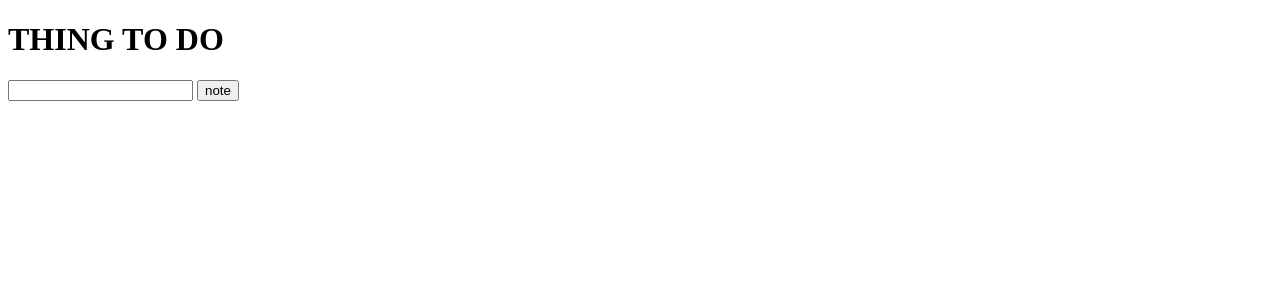
Repository: Wanaratkhamla/LabJavaWeb
Page: http://localhost/activityTest/result.jsp
The author's editor kept a copy of each file at every save. The page is drawn from the files as they stood at one save, then again after the next save.
The browser window is 1280 px wide. The pictures show the whole page.
The page is served by Tomcat 9. Queries for data that is not in the repository find no rows.

Above is the page before, as saved 2017-02-24 10:42:02.

After the next save:
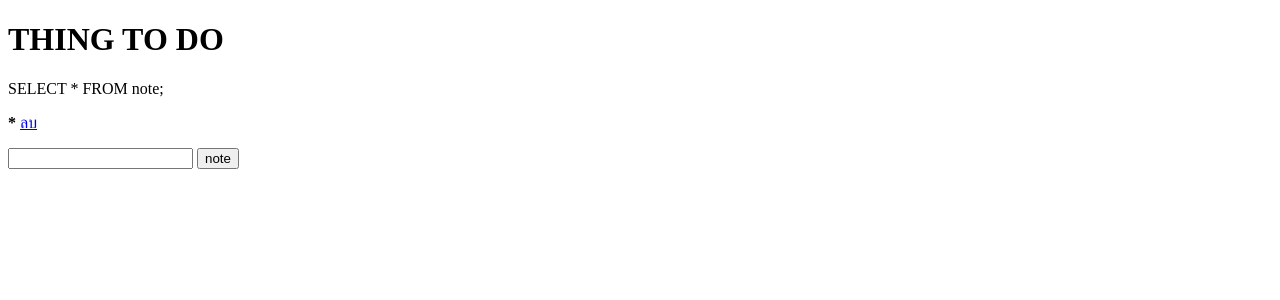
Saved 67 s later.
--- a/activityTest/WebContent/result.jsp
+++ b/activityTest/WebContent/result.jsp
@@ -1,8 +1,7 @@
 <%@ page contentType="text/html; charset=utf-8" pageEncoding="utf-8"%>
 <%@ page import="java.io.*,java.util.*,java.sql.*"%>
 <%@ page import="javax.servlet.http.*,javax.servlet.*"%>
-<%@ taglib uri="http://java.sun.com/jsp/jstl/core" prefix="c"%>
-<%@ taglib uri="http://java.sun.com/jsp/jstl/sql" prefix="sql"%>
+
 <!DOCTYPE html PUBLIC "-//W3C//DTD HTML 4.01 Transitional//EN" "http://www.w3.org/TR/html4/loose.dtd">
 <html>
 <head>

After the save that followed:
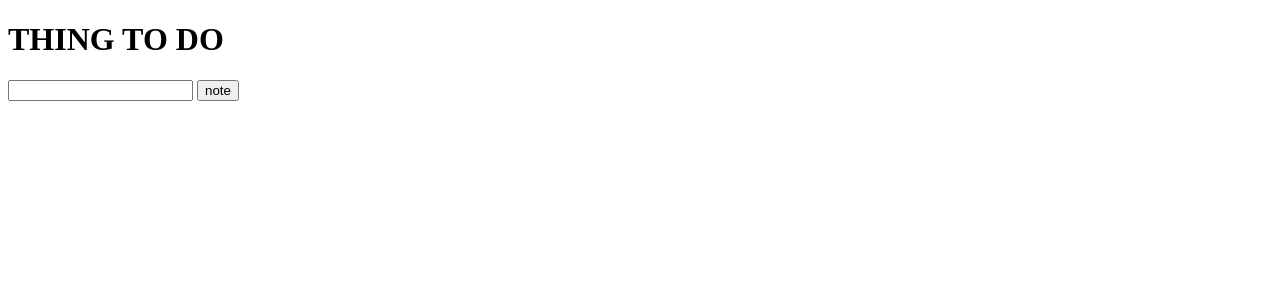
Saved 10 s later.
--- a/activityTest/WebContent/result.jsp
+++ b/activityTest/WebContent/result.jsp
@@ -1,7 +1,8 @@
 <%@ page contentType="text/html; charset=utf-8" pageEncoding="utf-8"%>
 <%@ page import="java.io.*,java.util.*,java.sql.*"%>
 <%@ page import="javax.servlet.http.*,javax.servlet.*"%>
-
+<%@ taglib uri="http://java.sun.com/jsp/jstl/core" prefix="c"%>
+<%@ taglib uri="http://java.sun.com/jsp/jstl/sql" prefix="sql"%>
 <!DOCTYPE html PUBLIC "-//W3C//DTD HTML 4.01 Transitional//EN" "http://www.w3.org/TR/html4/loose.dtd">
 <html>
 <head>
